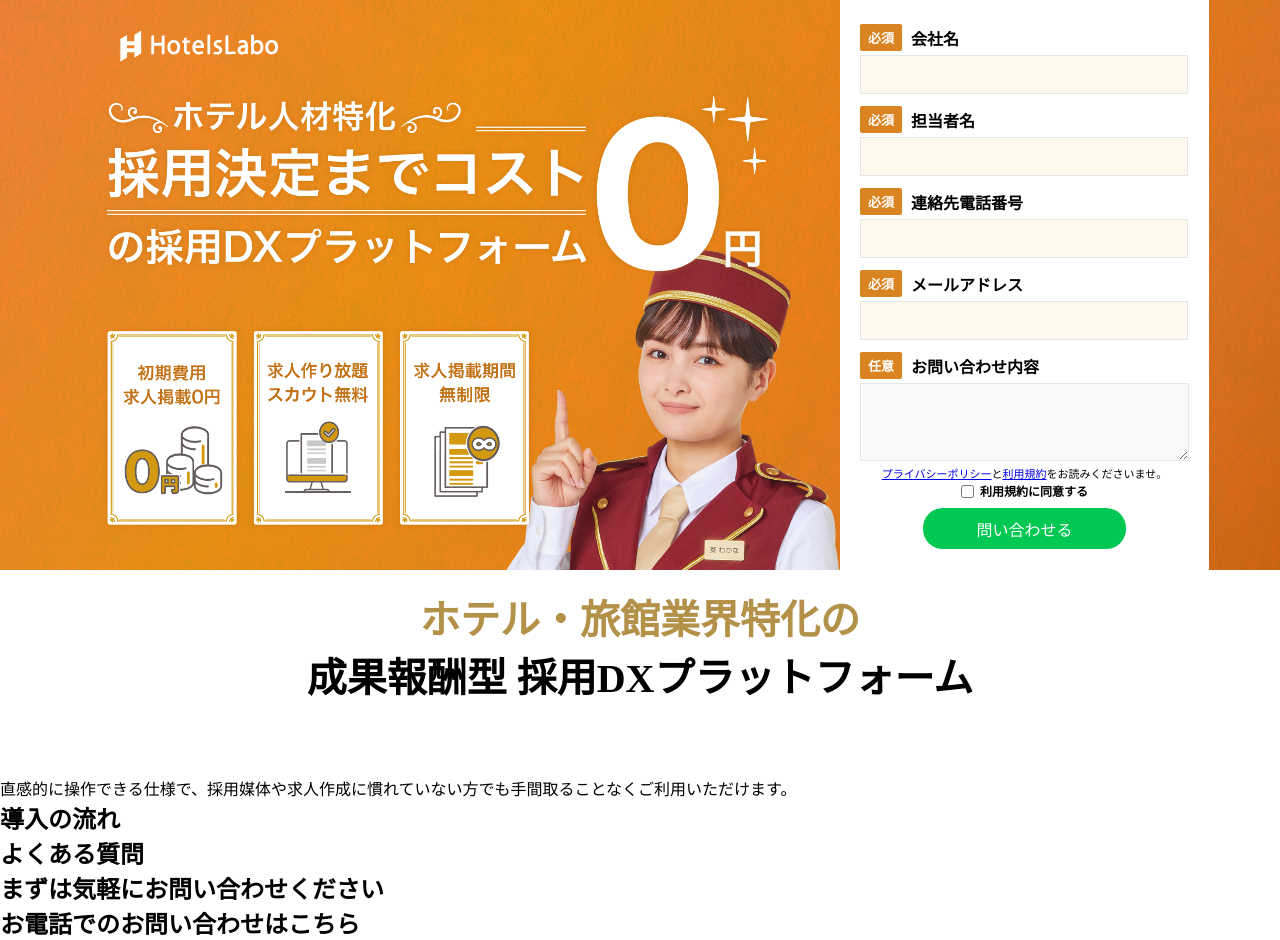
Repository: FujieRyou/to_b_lp
Page: index.html
These files come from the project's save history. The page is drawn as it stood at one moment and after the next save; the edit follows.
The browser window is 1280 px wide. The pictures show the whole page.

Above is the page before, as saved 2024-02-27 03:15:13.
Not found: index.js

### index.html
<!DOCTYPE html>
<html lang="ja">
    <head>
        <meta charset="utf-8">
        <meta http-equiv="X-UA-Compatible" content="ie=edge">
        <meta name="viewport" content="width=device-width,initial-scale=1.0,minimum-scale=1.0">
        <meta name="format-detection" content="telephone=no">
        <meta name="keywords" content="">
        <meta name="description" content="ここに説明文を設定">
        <meta name="twitter:card" content="summary">
        <meta name="twitter:site" content="@twitteraccount">
        <meta property="og:site_name" content="サイト名">
        <meta property="og:title" content="サイトタイトル">
        <meta property="og:description" content="サイト説明文">
        <meta property="og:url" content="https://www.hogehoge.com">
        <meta property="og:image" content="https://www.hogehoge.com./hoge.jpg">
        <meta property="og:image:type" content="image/jpeg">
        <meta property="og:image:width" content="600">
        <meta property="og:image:height" content="400">
        <meta property="og:type" content="website">
        <title>ホテルズラボ｜ホテルの求人・旅館の転職情報</title>
        <link rel="stylesheet" href="ress.css">
        <link rel="stylesheet" href="style.css">
    </head>
    <body>
        <main>
            <section>
                <div class="firstViewWrap">
                    <div class="firstViewEffect">
                        <div class="contentWrap">
                            <div>
                                <header>
                                    <h1>
                                        <img src="img/ロゴ.svg" alt="ホテルズラボのロゴ" class="logo">
                                    </h1>
                                </header>
                                <img src="img/firstViewの葵さんとその他売り文句.png" alt="firstViewの葵さんとその他売り文句" class="firstViewMainImg">
                            </div>
                            <!-- form -->
                            <div>
                                <form action="" class="formWrap">
                                    <div class="formFlexStyle">
                                        <label for="companyName"><span>必須</span>会社名</label>
                                        <input type="text">
                                    </div>
                                    <div class="formFlexStyle">
                                        <label for="companyName"><span>必須</span>担当者名</label>
                                        <input type="text">
                                    </div>
                                    <div class="formFlexStyle">
                                        <label for="companyName"><span>必須</span>連絡先電話番号</label>
                                        <input type="text">
                                    </div>
                                    <div class="formFlexStyle">
                                        <label for="companyName"><span>必須</span>メールアドレス</label>
                                        <input type="text">
                                    </div>
                                    <div class="formFlexStyle">
                                        <label for="companyName"><span>任意</span>お問い合わせ内容</label>
                                        <textarea name="" id="" cols="30" rows="10"></textarea>
                                    </div>
                                    <p><a href="#">プライバシーポリシー</a>と<a href="#">利用規約</a>をお読みくださいませ。</p>
                                    <div class="consent">
                                        <input type="checkbox">
                                        <label for="">利用規約に同意する</label>
                                    </div>
                                    <button type="submit">問い合わせる</button>
                                </form>
                            </div>
                        </div>
                    </div>
                </div>
            </section>
            <!-- 動く会社のロゴ -->
            <section>
                <div>
                    <ul>
                        <li></li>
                    </ul>
                </div>
            </section>
            <section>
                <div class="specializedIntroductionWrap">
                    <h2><span>ホテル・旅館業界特化の</span><br>成果報酬型 採用DXプラットフォーム</h2>
                    <div>
                        <div>
                            <img src="" alt="">
                            <img src="" alt="">
                            <img src="" alt="">
                        </div>
                    </div>
                </div>
            </section>
            <section>
                <div>
                    <p></p>
                    <h2><img src="" alt=""></h2>
                    <article></article>
                    <article></article>
                    <article></article>
                    <article></article>
                </div>
            </section>
            <section>
                <div>
                    <h2><img src="" alt=""></h2>
                    <p>直感的に操作できる仕様で、採用媒体や求人作成に慣れていない方でも手間取ることなくご利用いただけます。</p>
                </div>
            </section>
            <section>
                <div>
                    <h2>導入の流れ</h2>
                </div>
            </section>
            <section>
                <div>
                    <h2>よくある質問</h2>
                </div>
            </section>
            <section>
                <div>
                    <h2>まずは気軽にお問い合わせください</h2>
                </div>
            </section>
        </main>
        <footer>
            <h2>お電話でのお問い合わせはこちら</h2>
        </footer>
        <script src="index.js"></script>
    </body>
</html>

### ress.css
/*!
 * ress.css • v4.0.0
 * MIT License
 * github.com/filipelinhares/ress
 */

/* # =================================================================
   # Global selectors
   # ================================================================= */

   html {
    box-sizing: border-box;
    -webkit-text-size-adjust: 100%; /* Prevent adjustments of font size after orientation changes in iOS */
    word-break: normal;
    -moz-tab-size: 4;
    tab-size: 4;
  }

  *,
  ::before,
  ::after {
    background-repeat: no-repeat; /* Set `background-repeat: no-repeat` to all elements and pseudo elements */
    box-sizing: inherit;
  }

  ::before,
  ::after {
    text-decoration: inherit; /* Inherit text-decoration and vertical align to ::before and ::after pseudo elements */
    vertical-align: inherit;
  }

  * {
    padding: 0; /* Reset `padding` and `margin` of all elements */
    margin: 0;
  }

  /* # =================================================================
     # General elements
     # ================================================================= */

  hr {
    overflow: visible; /* Show the overflow in Edge and IE */
    height: 0; /* Add the correct box sizing in Firefox */
    color: inherit; /* Correct border color in Firefox. */
  }

  details,
  main {
    display: block; /* Render the `main` element consistently in IE. */
  }

  summary {
    display: list-item; /* Add the correct display in all browsers */
  }

  small {
    font-size: 80%; /* Set font-size to 80% in `small` elements */
  }

  [hidden] {
    display: none; /* Add the correct display in IE */
  }

  abbr[title] {
    border-bottom: none; /* Remove the bottom border in Chrome 57 */
    /* Add the correct text decoration in Chrome, Edge, IE, Opera, and Safari */
    text-decoration: underline;
    text-decoration: underline dotted;
  }

  a {
    background-color: transparent; /* Remove the gray background on active links in IE 10 */
  }

  a:active,
  a:hover {
    outline-width: 0; /* Remove the outline when hovering in all browsers */
  }

  code,
  kbd,
  pre,
  samp {
    font-family: monospace, monospace; /* Specify the font family of code elements */
  }

  pre {
    font-size: 1em; /* Correct the odd `em` font sizing in all browsers */
  }

  b,
  strong {
    font-weight: bolder; /* Add the correct font weight in Chrome, Edge, and Safari */
  }

  /* https://gist.github.com/unruthless/413930 */
  sub,
  sup {
    font-size: 75%;
    line-height: 0;
    position: relative;
    vertical-align: baseline;
  }

  sub {
    bottom: -0.25em;
  }

  sup {
    top: -0.5em;
  }

  table {
    border-color: inherit; /* Correct border color in all Chrome, Edge, and Safari. */
    text-indent: 0; /* Remove text indentation in Chrome, Edge, and Safari */
  }

  /* # =================================================================
     # Forms
     # ================================================================= */

  input {
    border-radius: 0;
  }

  /* Replace pointer cursor in disabled elements */
  [disabled] {
    cursor: default;
  }

  [type='number']::-webkit-inner-spin-button,
  [type='number']::-webkit-outer-spin-button {
    height: auto; /* Correct the cursor style of increment and decrement buttons in Chrome */
  }

  [type='search'] {
    -webkit-appearance: textfield; /* Correct the odd appearance in Chrome and Safari */
    outline-offset: -2px; /* Correct the outline style in Safari */
  }

  [type='search']::-webkit-search-decoration {
    -webkit-appearance: none; /* Remove the inner padding in Chrome and Safari on macOS */
  }

  textarea {
    overflow: auto; /* Internet Explorer 11+ */
    resize: vertical; /* Specify textarea resizability */
  }

  button,
  input,
  optgroup,
  select,
  textarea {
    font: inherit; /* Specify font inheritance of form elements */
  }

  optgroup {
    font-weight: bold; /* Restore the font weight unset by the previous rule */
  }

  button {
    overflow: visible; /* Address `overflow` set to `hidden` in IE 8/9/10/11 */
  }

  button,
  select {
    text-transform: none; /* Firefox 40+, Internet Explorer 11- */
  }

  /* Apply cursor pointer to button elements */
  button,
  [type='button'],
  [type='reset'],
  [type='submit'],
  [role='button'] {
    cursor: pointer;
    color: inherit;
  }

  /* Remove inner padding and border in Firefox 4+ */
  button::-moz-focus-inner,
  [type='button']::-moz-focus-inner,
  [type='reset']::-moz-focus-inner,
  [type='submit']::-moz-focus-inner {
    border-style: none;
    padding: 0;
  }

  /* Replace focus style removed in the border reset above */
  button:-moz-focusring,
  [type='button']::-moz-focus-inner,
  [type='reset']::-moz-focus-inner,
  [type='submit']::-moz-focus-inner {
    outline: 1px dotted ButtonText;
  }

  button,
  html [type='button'], /* Prevent a WebKit bug where (2) destroys native `audio` and `video`controls in Android 4 */
  [type='reset'],
  [type='submit'] {
    -webkit-appearance: button; /* Correct the inability to style clickable types in iOS */
  }

  /* Remove the default button styling in all browsers */
  button,
  input,
  select,
  textarea {
    background-color: transparent;
    border-style: none;
  }

  a:focus,
  button:focus,
  input:focus,
  select:focus,
  textarea:focus {
    outline-width: 0;
  }

  /* Style select like a standard input */
  select {
    -moz-appearance: none; /* Firefox 36+ */
    -webkit-appearance: none; /* Chrome 41+ */
  }

  select::-ms-expand {
    display: none; /* Internet Explorer 11+ */
  }

  select::-ms-value {
    color: currentColor; /* Internet Explorer 11+ */
  }

  legend {
    border: 0; /* Correct `color` not being inherited in IE 8/9/10/11 */
    color: inherit; /* Correct the color inheritance from `fieldset` elements in IE */
    display: table; /* Correct the text wrapping in Edge and IE */
    max-width: 100%; /* Correct the text wrapping in Edge and IE */
    white-space: normal; /* Correct the text wrapping in Edge and IE */
    max-width: 100%; /* Correct the text wrapping in Edge 18- and IE */
  }

  ::-webkit-file-upload-button {
    /* Correct the inability to style clickable types in iOS and Safari */
    -webkit-appearance: button;
    color: inherit;
    font: inherit; /* Change font properties to `inherit` in Chrome and Safari */
  }

  /* # =================================================================
     # Specify media element style
     # ================================================================= */

  img {
    border-style: none; /* Remove border when inside `a` element in IE 8/9/10 */
  }

  /* Add the correct vertical alignment in Chrome, Firefox, and Opera */
  progress {
    vertical-align: baseline;
  }

  /* # =================================================================
     # Accessibility
     # ================================================================= */

  /* Specify the progress cursor of updating elements */
  [aria-busy='true'] {
    cursor: progress;
  }

  /* Specify the pointer cursor of trigger elements */
  [aria-controls] {
    cursor: pointer;
  }

  /* Specify the unstyled cursor of disabled, not-editable, or otherwise inoperable elements */
  [aria-disabled='true'] {
    cursor: default;
  }

### style.css
.firstViewWrap{
    width: 100vw;
    height: 570px;
    background-image: url("./img/bgcMain.png");
}

.firstViewEffect{
    width: 100%;
    height: 100%;
    background-image: url("./img/bgcBler.png");
    overflow: hidden;
}

.contentWrap{
    max-width: 1080px;
    height: auto;
    margin: 0 auto;
    display: flex;
}

header{
    padding: 30px 0px 0px 20px;
}

.firstViewMainImg{
    width: 740px;
    margin-top: 20px;
}






/* formstyle */

form{
    width: 369px;
    padding: 24px 20px;
    background-color: rgba(255, 255, 255, 1);
}

.formFlexStyle{
    display: flex;
    flex-direction: column;
}

.formDetail{
    margin: 0 auto;
}

.formFlexStyle > label{
    font-size: 16px;
    font-weight: bold;
    margin-bottom: 4px;
    display: flex;
    align-items: center;
}

.formFlexStyle > label > span{
    background-color: rgba(217, 132, 33, 1);
    color: #fff;
    font-size: 13px;
    border-radius: 2px;
    margin-right: 9px;
    padding: 4px 8px;
}

.formFlexStyle > input{
    width: 328px;
    height: 39px;
    border: solid 1.03px rgba(230, 230, 230, 1);
    background-color: rgba(255, 248, 237, 1);
    margin-bottom: 12px;
}

.formFlexStyle > textarea{
    width: 328.65px;
    height: 78.05px;
    border: solid 1.03px rgba(230, 230, 230, 1);
    background-color: rgba(249, 249, 249, 1);
}

.formWrap > p{
    font-size: 11px;
    text-align: center;
    margin-top: 4px;
}

.consent{
    display: flex;
    align-items: center;
    justify-content: center;
    margin-top: 1px;
}

.consent > label{
    font-size: 12px;
    font-weight: bold;
    margin-left: 6px;
}

.formWrap > button{
    display: block;
    width: 203.35px;
    height: 41.08px;
    background-color: rgba(0, 200, 83, 1);
    color: #fff;
    border-radius: 20px;
    margin: 0 auto;
    margin-top: 8px;
}



.specializedIntroductionWrap > h2{
    text-align: center;
    font-size: 40px;
}

.specializedIntroductionWrap > h2 > span{
    color: rgba(179, 145, 73, 1);
}

After the next save:
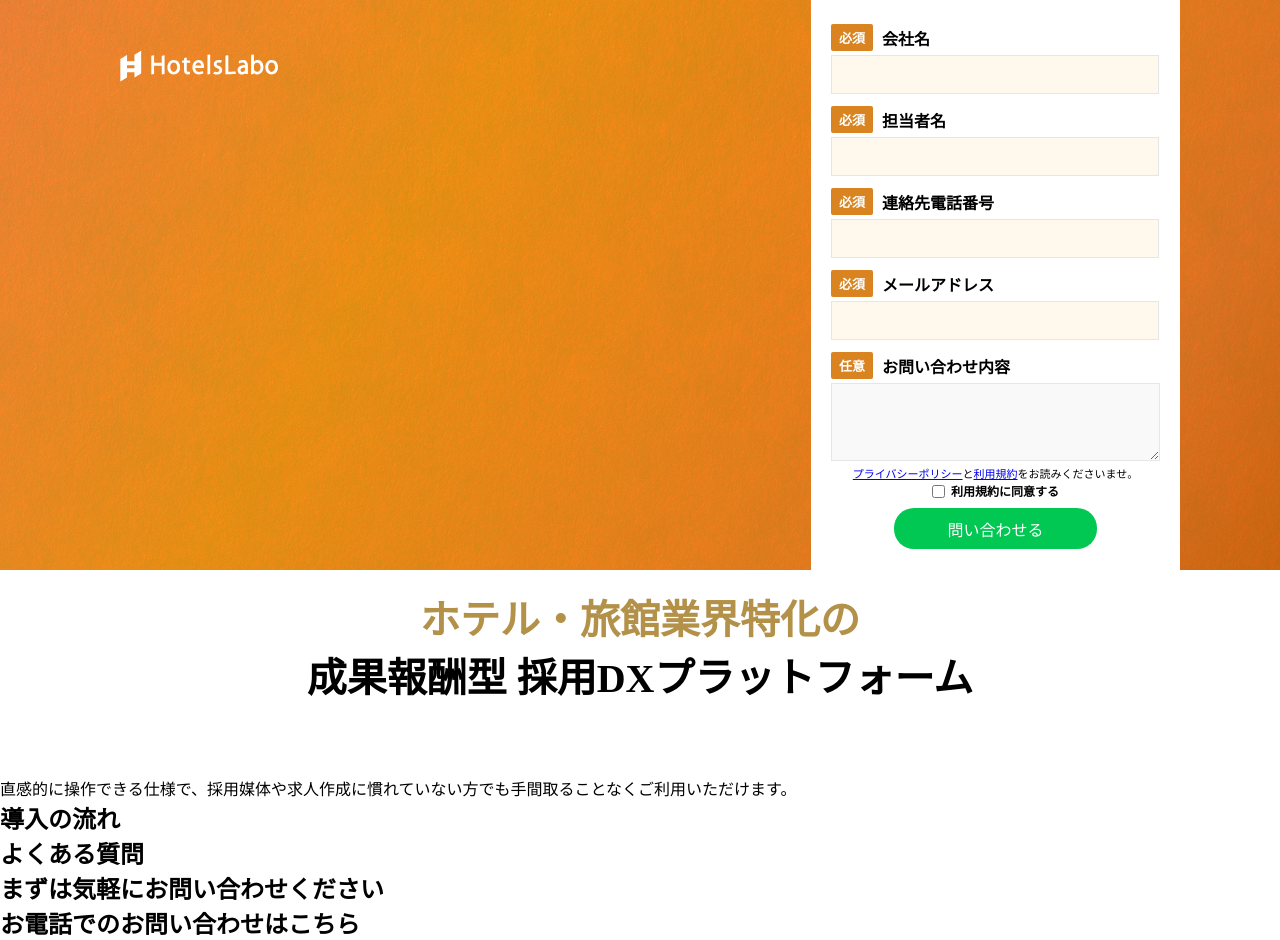
Saved 2 min 12 s later.
--- a/index.html
+++ b/index.html
@@ -28,13 +28,12 @@
                 <div class="firstViewWrap">
                     <div class="firstViewEffect">
                         <div class="contentWrap">
-                            <div>
+                            <div class="firstViewMainImg">
                                 <header>
                                     <h1>
                                         <img src="img/ロゴ.svg" alt="ホテルズラボのロゴ" class="logo">
                                     </h1>
                                 </header>
-                                <img src="img/firstViewの葵さんとその他売り文句.png" alt="firstViewの葵さんとその他売り文句" class="firstViewMainImg">
                             </div>
                             <!-- form -->
                             <div>
